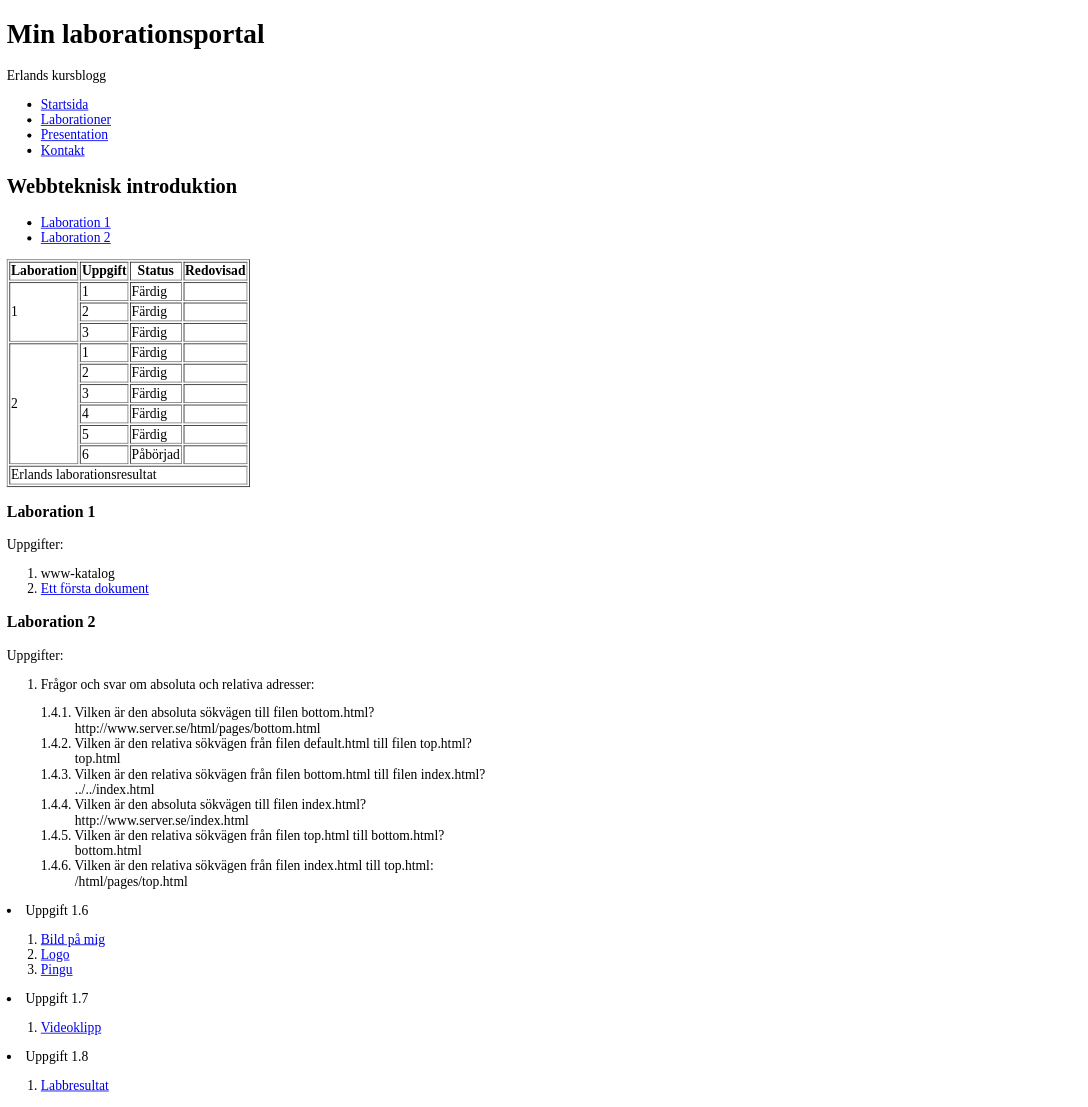
Repository: ej222ru/1IK415-laborationer
Page: pages/laborationer.html
The author's editor kept a record of every edit. The page is drawn from the files as they stood at one moment, then again after the next edit.
The browser window is 1280 px wide. The pictures show the whole page, at 85% of full size.

Above is the page before.

After the next edit:
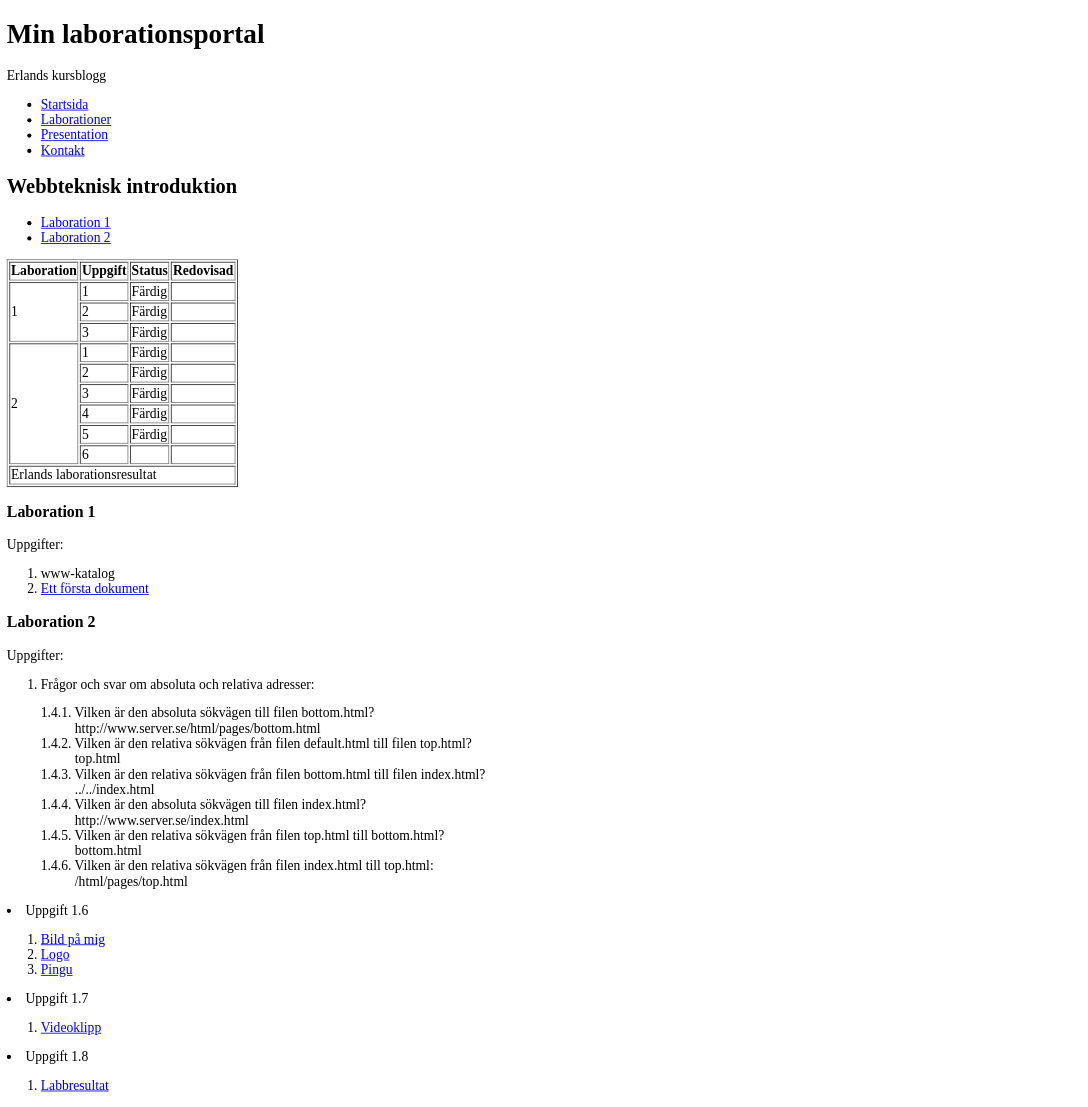
The edit:
--- a/pages/laborationer.html
+++ b/pages/laborationer.html
@@ -78,7 +78,7 @@
                 </tr>
                 <tr>
                     <td>6</td>
-                    <td>Påbörjad</td>
+                    <td></td>
                     <td></td>
                 </tr>
             </tbody>
